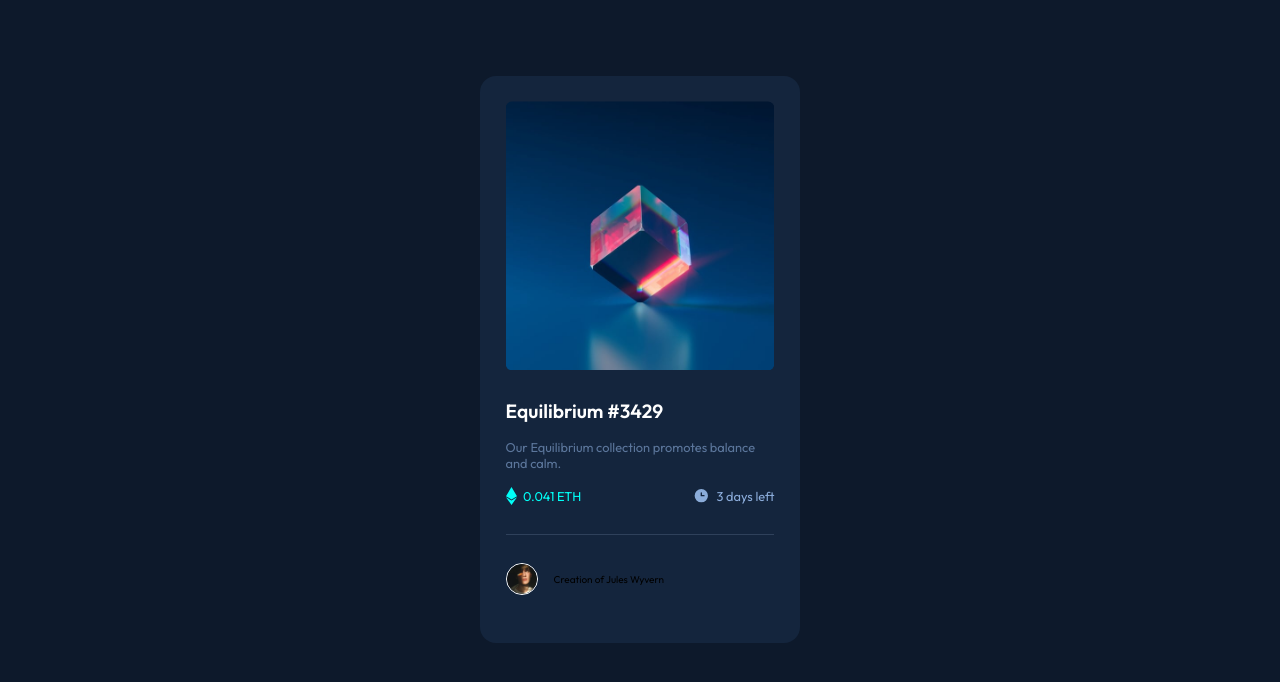
Repository: thaibaocoder1/nft-preview-card-component
Page: index.html
An editor plug-in stored every save of this project. The page is shown before and after a run of saves, followed by the edit.
The browser window is 1280 px wide. The pictures show the whole page.

Above is the page before, as saved 2023-01-06 18:59:02.

### index.html
<!DOCTYPE html>
<html lang="en">
<head>
  <meta charset="UTF-8">
  <meta name="viewport" content="width=device-width, initial-scale=1.0">
  <link rel="icon" type="image/png" sizes="32x32" href="./images/favicon-32x32.png">
  <title>Frontend Mentor | NFT preview card component</title>
  <link rel="stylesheet" href="./images/favicon-32x32.png">
  <link rel="stylesheet" href="./style.css">
  <style>
    .attribution { font-size: 11px; text-align: center; }
    .attribution a { color: hsl(228, 45%, 44%); }
  </style>
</head>
<body>
  <main class="container">
    <img src="./images/image-equilibrium.jpg" alt="Image" class="container-img">
    <div class="container-content">
      <h2 class="container-heading">Equilibrium #3429</h2>
      <p class="container-desc">Our Equilibrium collection promotes balance and calm.</p>
      <section class="container-date">
        <div class="container-date-right">
          <img src="./images/icon-ethereum.svg" alt="" class="container-date--image">
          <span class="container-date--text">
            0.041 ETH
          </span>
        </div>
        <div class="container-date-left">
          <img src="./images/icon-clock.svg" alt="" class="container-date--image">
          <span class="container-date--text">
            3 days left
          </span>
        </div>
      </section>
      <hr id="mark">
      <div class="container-footer">
        <img src="./images/image-avatar.png" alt="" class="container-date--image">
        <span class="container-date--footer">
          Creation of Jules Wyvern</span>
        </div>
      </div>
    </main>


  <!-- <div class="attribution">
    Challenge by <a href="https://www.frontendmentor.io?ref=challenge" target="_blank">Frontend Mentor</a>.
    Coded by <a href="#">baoDev</a>.
  </div> -->
</body>
</html>
<!-- Equilibrium #3429

Our Equilibrium collection promotes balance and calm.

0.041 ETH
3 days left

Creation of Jules Wyvern -->

### style.css
@import url('https://fonts.googleapis.com/css2?family=Outfit:wght@300;400;600&display=swap');
* {
    margin: 0;
    padding: 0;
    box-sizing: border-box;
}
body {
    text-rendering: optimizeLegibility;
    scroll-behavior: smooth;
    font-family: 'Outfit', sans-serif;
    display: flex;
    align-items: center;
    justify-content: center;
    min-height: calc(100vh - 1px);
    background-color: var(--very-dark-blue-main);
    font-size: 62.5%;
}
:root {
    --soft-blue: hsl(215, 51%, 70%);
    --cyan-color: hsl(178, 100%, 50%);
    --very-dark-blue-main: hsl(217, 54%, 11%);
    --very-dark-blue-card: hsl(216, 50%, 16%);
    --very-dark-blue-line: hsl(215, 32%, 27%);
    --white-color: hsl(0, 0%, 100%);
}
.container {
    width: 320px;
    background-color: var(--very-dark-blue-card);
    text-align: center;
    border-radius: 1rem;
}
.container .container-img {
    width: 20rem;
    height: 20rem;
    object-fit: cover;
    cursor: pointer;
    border-radius: 2rem;
    overflow: hidden;
    padding: 1.6rem;
}
.container .container-content {
    padding: 0 1.6rem 3rem 1.6rem;
    text-align: left;
}
.container .container-content .container-heading {
    color: var(--white-color);
    font-size: 1.2rem;
    padding-bottom: 1rem;
}
.container .container-content .container-desc {
    color: var(--soft-blue);
    font-size: 0.8rem;
    font-weight: 400;
    opacity: 0.6;
}
.container .container-date {
    display: flex;
    align-items: center;
    padding: 1rem 0 1.8rem;
}
.container-date .container-date-right, .container .container-date-left {
    display: flex;
    align-items: center;
    justify-content: center;
}
.container .container-date .container-date-left {
    margin-left: auto;
}
.container .container-date--text {
    color: var(--cyan-color);
    font-size: 0.8rem;
    line-height: 1rem;
    text-align: center;
    margin-left: 0.4rem;
}
.container .container-date-left .container-date--text {
    color: var(--soft-blue);
}
#mark {
    border: none;
    width: 100%;
    height: 1px;
    background-color: var(--very-dark-blue-line);
}
.container .container-footer {
    padding-top: 1.8rem;
    display: flex;
    align-items: center;
}
.container .container-footer .container-date--image {
    width: 2rem;
    height: 2rem;
    border-radius: 50%;
    border: 1px solid var(--white-color);
}
.container .container-footer .container-date--footer {
    margin-left: 1rem;

}

After the next 5 saves:
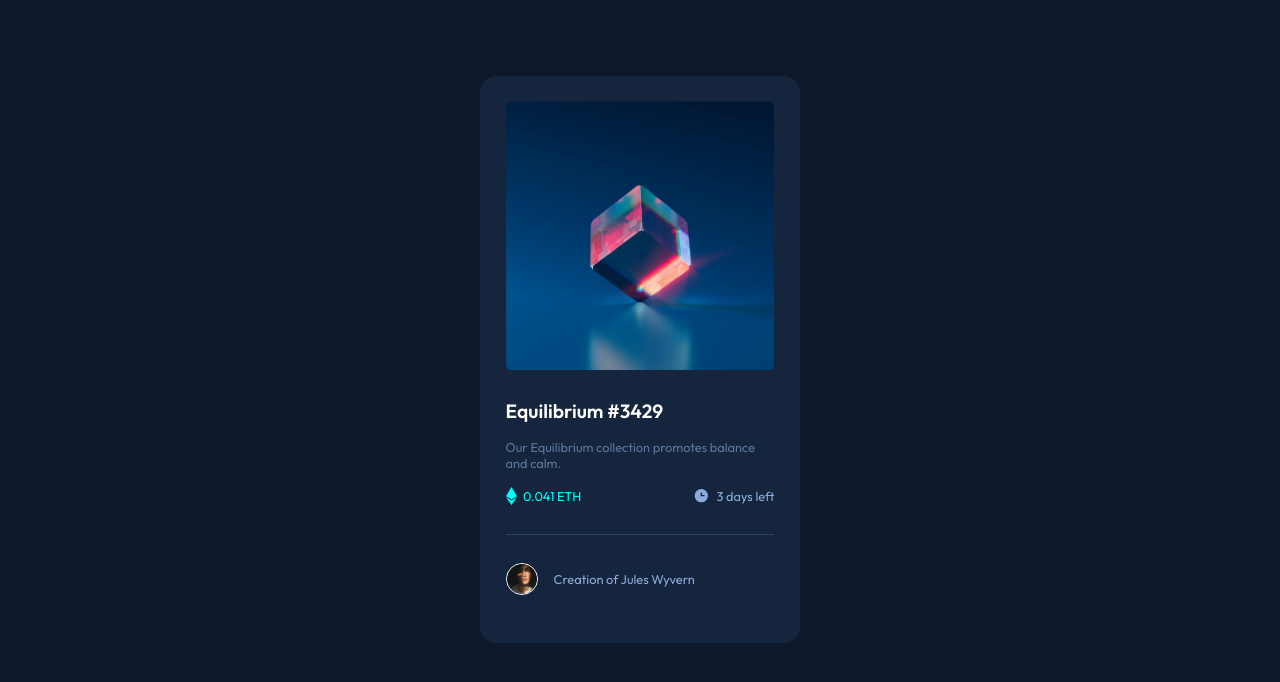
The 5 saves are shown as one change because they came seconds apart.
The last was saved 8 s later.
--- a/style.css
+++ b/style.css
@@ -95,5 +95,6 @@ body {
 }
 .container .container-footer .container-date--footer {
     margin-left: 1rem;
-
+    font-size: 0.8rem;
+    color: var(--soft-blue);
 }
